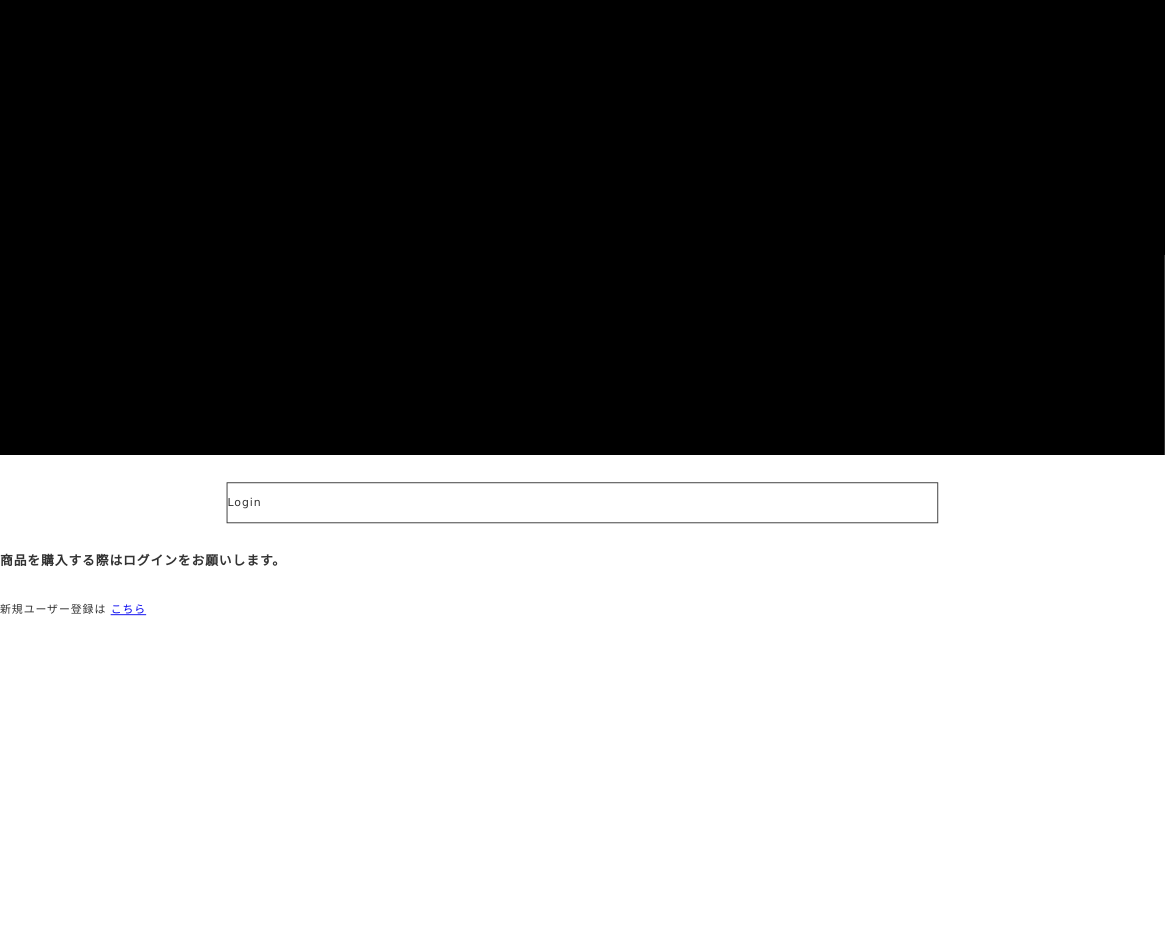
Repository: yukisu18/test
Page: http://localhost/template/login.jsp
These files come from the project's save history. The page is drawn as it stood at one moment and after the next save; the edit follows.
The browser window is 1280 px wide. The pictures show the whole page, at 91% of full size.
The page is served by Tomcat 9. Nobody is signed in. The application's start-up code is not run. Other server files are loaded and not shown.

Above is the page before, as saved 2019-02-15 11:24:52.

### template/WebContent/login.jsp
<%@ page language="java" contentType="text/html; charset=UTF-8"
	pageEncoding="UTF-8"%>
<!DOCTYPE html>
<html>
<head>
<meta http-equiv="Content-Type" content="text/html; charset=utf-8" />
<meta http-equiv="Content-Style-Type" content="text/css" />
<meta http-equiv="Content-Script-Type" content="text/javascript" />
<meta http-equiv="imagetoolbar" content="no" />
<meta name="description" content="" />
<meta name="keywords" content="" />
<meta http-equiv="Content-Type" content="text/html; charset=UTF-8">
<title>Login画面</title>
<style type="text/css">
/* ========TAG LAYOUT======== */
body {
	margin: 0;
	padding: 0;
	line-height: 1.6;
	letter-spacing: 1px;
	font-family: Verdana, Helvetica, sans-serif;
	font-size: 12px;
	color: #333;
	background-color: #fff;
}

table {
	text-aligin: center;
	margin: 0 auto;
}
/* ========ID LAYOUT======== */
#top {
	width: 780px;
	margin: 30px auto;
	border: 1px solid #333;
}

#header {
	width: 100%;
	height: 500px;
	background-color: black;
}

#main {
	width: 100%;
	height: 500px;
	text-aligin: center;
}

#footer {
	width: 100%;
	height: 80px;
	background-color: black;
	claer: both;
}
</style>
</head>
<body>
	<div id="header">
		<div id="pr"></div>
	</div>

	<div id="main">
		<div id="top">
			<p>Login</p>
		</div>
		<div>
			<h3>商品を購入する際はログインをお願いします。</h3>
			<s:form action=LoginAction">
				<s:textfield name="loginUsedId" />
				<s:password name-"loginPassword"/>
				<s:submit value="ログイン" />
			</s:form>
			<br />
			<div>
				<span>新規ユーザー登録は <a href='<s:url action="userCreateAction"/>'>こちら</a>
				</span>
			</div>
		</div>
	</div>
</body>
</html>

After the next save:
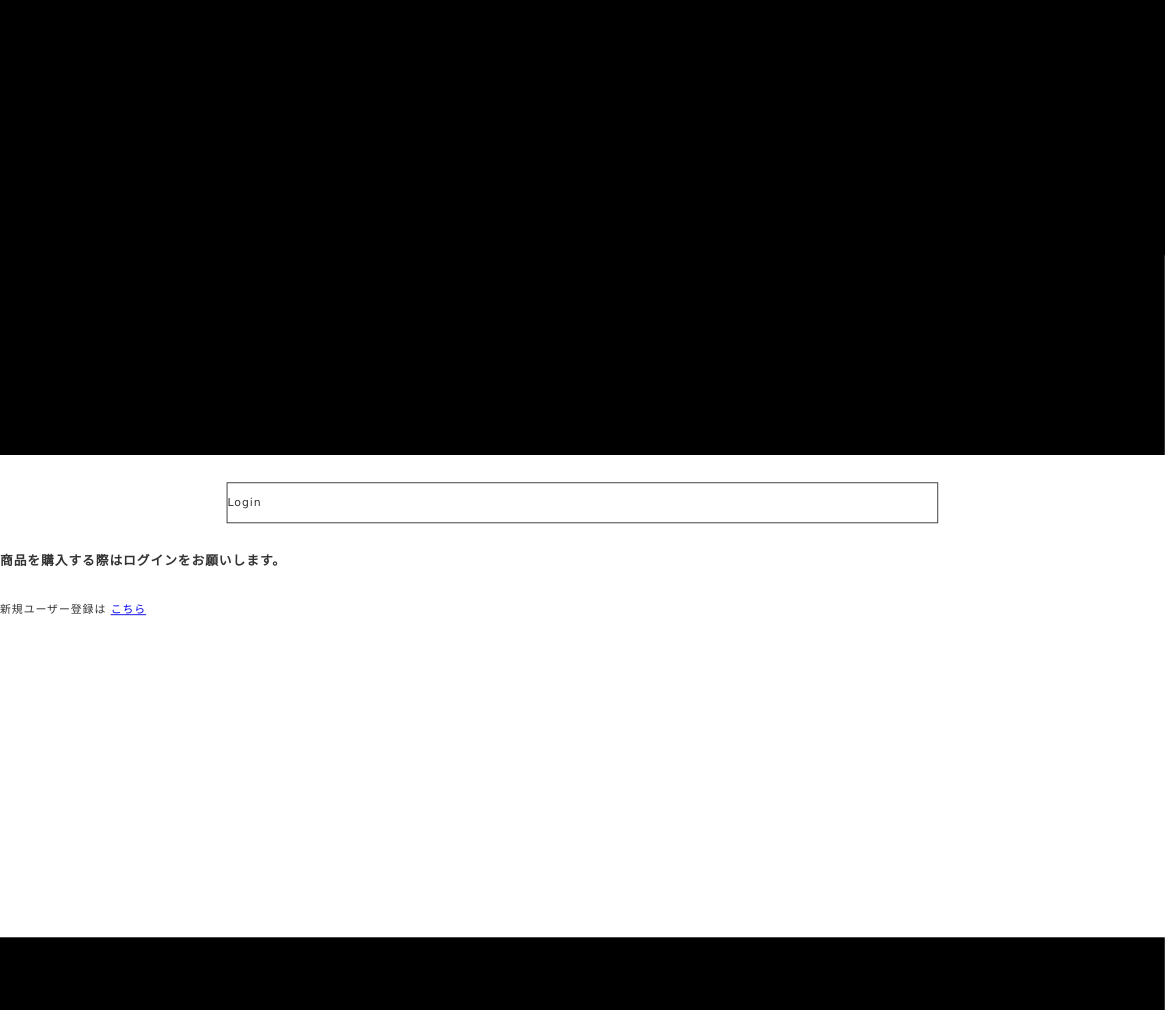
Saved 44 s later.
--- a/template/WebContent/login.jsp
+++ b/template/WebContent/login.jsp
@@ -78,5 +78,10 @@ table {
 			</div>
 		</div>
 	</div>
+
+	<div id="footer">
+	<div id="pr">
+	</div>
+	</div>
 </body>
 </html>
